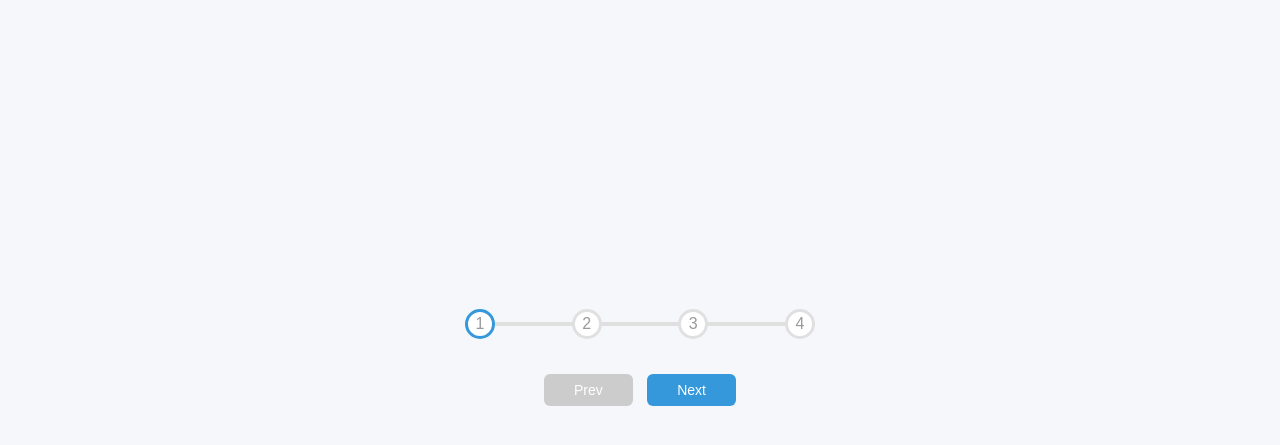
Repository: aobeid1979/Progress-Steps
Page: index.html
The author's editor kept a copy of each file at every save. The page is drawn from the files as they stood at one save, then again after a run of saves.
The browser window is 1280 px wide. The pictures show the whole page.
After loading, the first visible `#next` was clicked once.
Some web fonts or font styles are not loaded; a fallback is used.

Above is the page before, as saved 2024-06-03 21:33:41.

### index.html
<!DOCTYPE html>
<html lang="en">
<head>
    <meta charset="UTF-8">
    <meta name="viewport" content="width=device-width, initial-scale=1.0">
    <link rel="stylesheet" href="style.css">
    <title>Progress Steps</title>
</head>
<body>
    <div class="container">
        <div class="progress-container">
            <div class="progress" id="progress"></div>
            <div class="circle active">1</div>
            <div class="circle">2</div>
            <div class="circle">3</div>
            <div class="circle">4</div>
        </div>

        <button class="btn" id="prev" disabled>Prev</button>
        <button class="btn" id="next">Next</button>
    </div>


    <script src="script.js"></script>

</body>
</html>

### style.css
@import url('https://fonts.googleapis.com/css?family=Muli&display=swap');

:root {
    --line-border-fill: #3498db;
    --line-border-empty: #e0e0e0;
}


* {
    box-sizing: border-box;
}

body {
    background-color: #f6f7fb;
    font-family: 'Muli', sans-serif;
    display: flex;
    flex-direction: column;
    align-items: center;
    justify-content: center;
    height: 100vh;
    overflow: hidden;
    margin: 0;
}

.container {
    text-align: center;
}

.progress-container {
    display: flex;
    justify-content: space-between;
    position: relative;
    margin-bottom: 30px;
    max-width: 100%;
    width: 350px;
}

.progress-container::before {
    content:'';
    background-color: var(--line-border-empty);
    position: absolute;
    top: 50%;
    left: 0;
    transform: translateY(-50%);
    height: 4px;
    width: 100%;
    z-index: -1;
}

.progress {
    background-color: var(--line-border-fill);
    position: absolute;
    top: 50%;
    left: 0;
    transform: translateY(-50%);
    height: 4px;
    width: 0%;
    z-index: -1;
    transition: 0.4s ease;
}

.circle {
    background-color: #fff;
    color: #999;
    border-radius: 50%;
    height: 30px;
    width: 30px;
    display: flex;
    align-items: center;
    justify-content: center;
    border: 3px solid var(--line-border-empty);
    transition: .4sec ease;
}

.circle.active {
    border-color: var(--line-border-fill)
}

.btn {
    background-color: var(--line-border-fill);
    color: #fff;
    border: 0;
    border-radius: 6px;
    cursor: pointer;
    font-family: inherit;
    padding: 8px 30px;
    margin: 5px;
    font-size: 14px;
}

.btn:active  {
    transform: scale(0.98);
}

.btn:focus {
    outline: 0;
}

.btn:disabled {
    background-color: #ccc;
    cursor: not-allowed;
}

### script.js
const progress = document.getElementById('progress')
const prev = document.getElementById('prev')
const next = document.getElementById('next')
const circles = document.querySelectorAll('.circle')


let currentActive = 1;

next.addEventListener('click', () => {
    currentActive++

    if (currentActive > circles.length) {
        currentActive = circles.length
    }
    update ()
})

prev.addEventListener('click', () => {
    currentActive--

    if (currentActive  < 1) {
        currentActive = 1
    }
    update ()
})

function update() {
    circles.forEach((circle, idx) =>{
        if (idx < currentActive) {

        }
    })
}

After the next 11 saves:
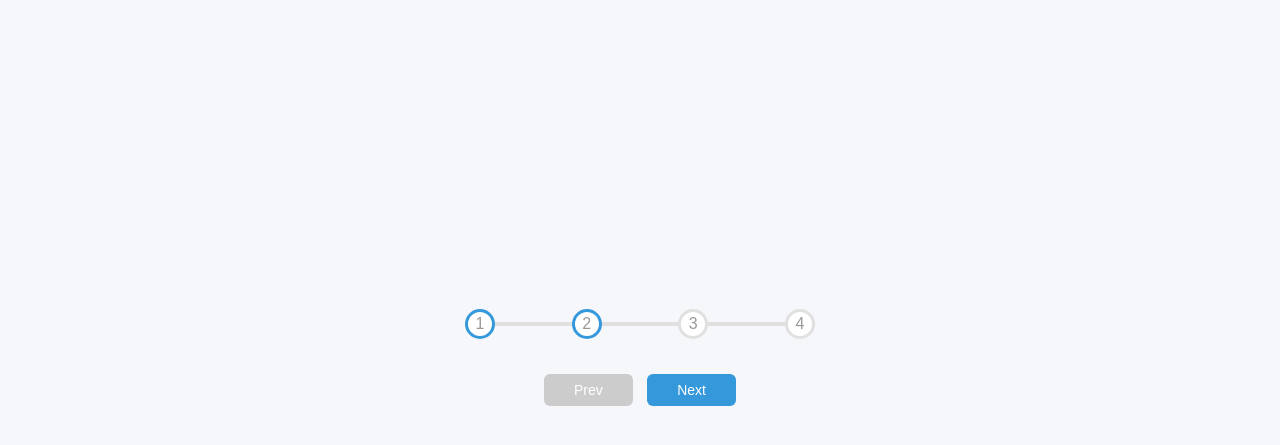
The 11 saves are shown as one change because they came seconds apart.
The last was saved 33 s later.
--- a/script.js
+++ b/script.js
@@ -27,7 +27,7 @@ prev.addEventListener('click', () => {
 function update() {
     circles.forEach((circle, idx) =>{
         if (idx < currentActive) {
-
+            circle.classList.add('active')
         }
     })
 }
